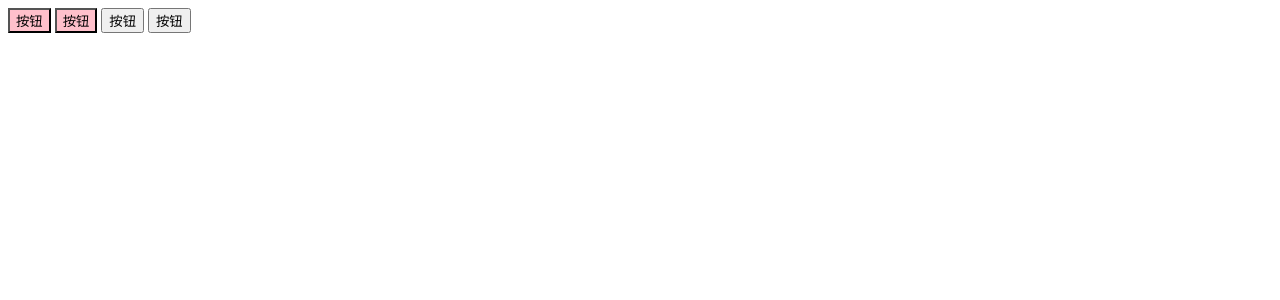
Repository: szl156/class
Page: review/javascript/demo.html
The author's editor kept a copy of each file at every save. The page is drawn from the files as they stood at one save, then again after the next save.
The browser window is 1280 px wide. The pictures show the whole page.

Above is the page before, as saved 2022-07-22 13:00:28.

After the next save:
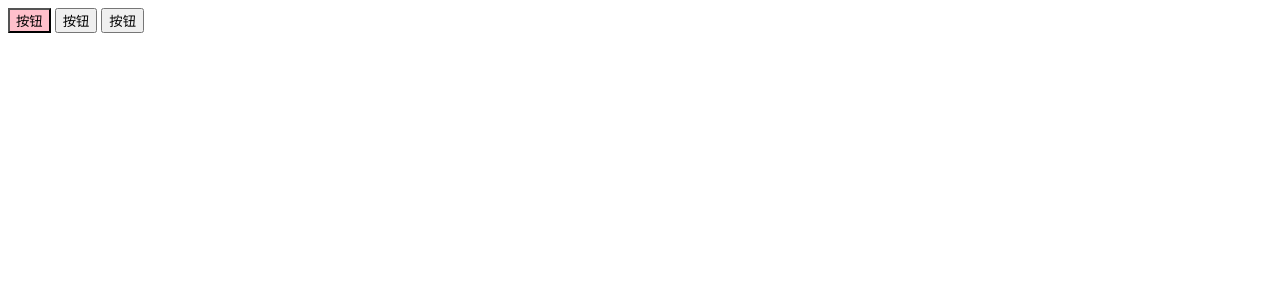
Saved 49 s later.
--- a/review/javascript/demo.html
+++ b/review/javascript/demo.html
@@ -15,7 +15,7 @@
 
 <body>
     <button class="pink">按钮</button>
-    <button class="pink">按钮</button>
+    <!-- <button class="pink">按钮</button> -->
     <button>按钮</button>
     <button>按钮</button>
     <script src="demo.js"></script>
